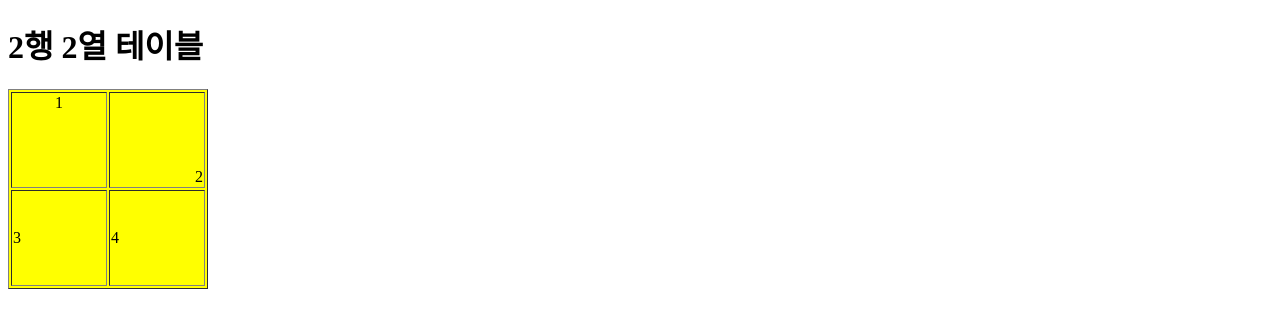
Repository: zzzzzzin/Client
Page: ClientTest/src/main/webapp/html/ex15_table.html
These files come from the project's save history. The page is drawn as it stood at one moment and after the next save; the edit follows.
The browser window is 1280 px wide. The pictures show the whole page.

Above is the page before, as saved 2024-03-13 06:18:51.

### ClientTest/src/main/webapp/html/ex15_table.html
<!DOCTYPE html>
<html>
<head>
<meta charset="EUC-KR">
<title>ex15_table</title>
</head>
<body>
	<!--
		표, table
		1. 표를 만들기 위해서 사용
		2. 레이아웃을 만들기 위해서 사용

		테이블 구성요소
		1. 가장 큰 상자
			- table
			- 테이블 전체 컨테이너

		2. 중간 긴 상자
			- <tr>
			- table row
			- 테이블 행

		3.







	-->

	<h1>2행 2열 테이블</h1>
	<table border="1" width="200" height="200" bgcolor="yellow">
		<tr>
			<td align="center" valign="top">1</td>
			<td align="right" valign="bottom">2</td>
		</tr>
		<tr>
			<td>3</td>
			<td>4</td>
		</tr>
	</table>


















</body>
</html>

After the next save:
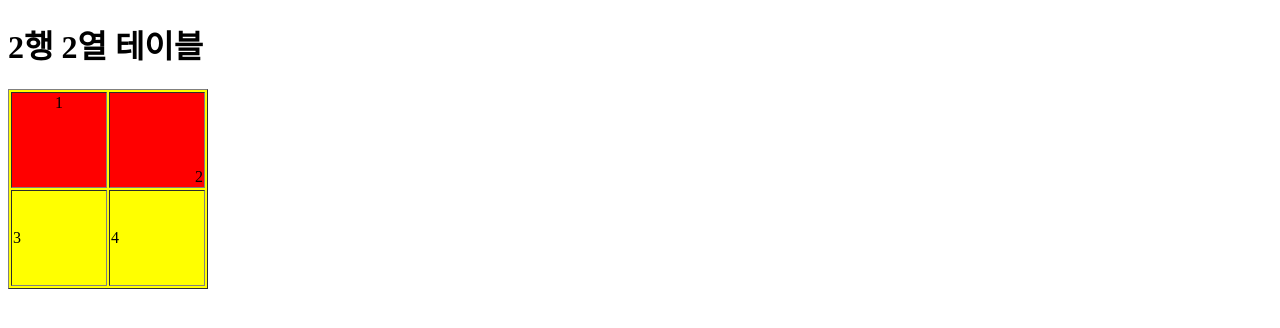
Saved 20 s later.
--- a/ClientTest/src/main/webapp/html/ex15_table.html
+++ b/ClientTest/src/main/webapp/html/ex15_table.html
@@ -32,7 +32,7 @@
 
 	<h1>2행 2열 테이블</h1>
 	<table border="1" width="200" height="200" bgcolor="yellow">
-		<tr>
+		<tr bgcolor="red">
 			<td align="center" valign="top">1</td>
 			<td align="right" valign="bottom">2</td>
 		</tr>
